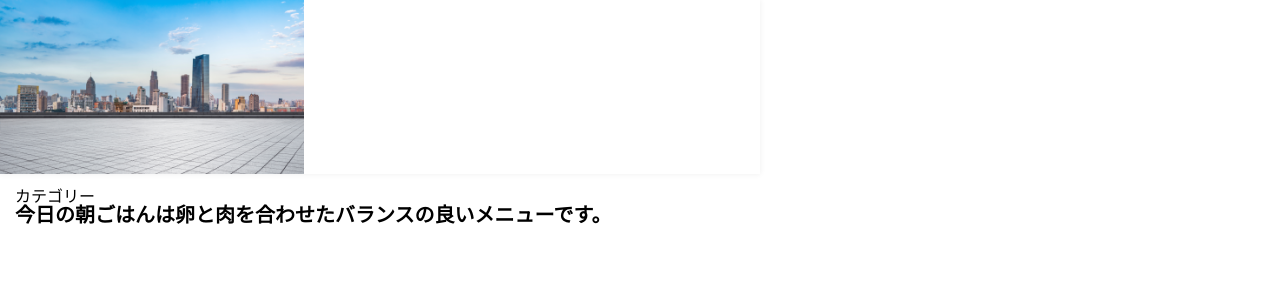
Repository: yosuke257/20231104_watanabe_css
Page: coachtech/html-css/index.html
The author's editor kept a copy of each file at every save. The page is drawn from the files as they stood at one save, then again after the next save.
The browser window is 1280 px wide. The pictures show the whole page.

Above is the page before, as saved 2023-10-22 23:54:22.

### coachtech/html-css/index.html
<!DOCTYPE html>
<html lang="ja">

<head>
    <meta charset="UTF-8">
    <meta name="viewport" content="width=device-width, initial-scale=1.0">
    <title>Document</title>
    <link rel="stylesheet" href="css/style.css" />
    <link rel="stylesheet" href="css/reset.css" />
</head>

<body>
    <div class="card">
        <div class="card__img">
        <img src="img/mv.png" alt="">
        </div>
    </div>

    <div class="card__content">
        <div class="card__content-cat">カテゴリー</div>
        <h2 class="card__content-ttl">
            今日の朝ごはんは卵と肉を合わせたバランスの良いメニューです。
        </h2>
        <div></div>
    </div>
</body>

</html>

### coachtech/html-css/css/style.css
body {
    width: 760px;
    margin: 0px auto;
}

.card {
    box-shadow: 0 0 6px #eeeeee;
    display: flex;
}

.card__img {
    width: 40%;
}

.card__img img {
    width: 100%;
    vertical-align: top;
}

.card__content {
    padding: 15px;
}

.card__content-ttl {
    font-size: 20px;
    font-weight: bold;
    margin-bottom: 25px;
}

.card__content-tag {
    font-size: 14px;
    display: inline-block;
}

.card__content-tag--red {
    color: red;
    margin-left: 40px;
}

### coachtech/html-css/css/reset.css
 /*
html5doctor.com Reset Stylesheet
v1.6.1
Last Updated: 2010-09-17
Author: Richard Clark - http://richclarkdesign.com
Twitter: @rich_clark
*/

 html,
 body,
 div,
 span,
 object,
 iframe,
 h1,
 h2,
 h3,
 h4,
 h5,
 h6,
 p,
 blockquote,
 pre,
 abbr,
 address,
 cite,
 code,
 del,
 dfn,
 em,
 img,
 ins,
 kbd,
 q,
 samp,
 small,
 strong,
 sub,
 sup,
 var,
 b,
 i,
 dl,
 dt,
 dd,
 ol,
 ul,
 li,
 fieldset,
 form,
 label,
 legend,
 table,
 caption,
 tbody,
 tfoot,
 thead,
 tr,
 th,
 td,
 article,
 aside,
 canvas,
 details,
 figcaption,
 figure,
 footer,
 header,
 hgroup,
 menu,
 nav,
 section,
 summary,
 time,
 mark,
 audio,
 video {
     margin: 0;
     padding: 0;
     border: 0;
     outline: 0;
     font-size: 100%;
     vertical-align: baseline;
     background: transparent;
 }

 body {
     line-height: 1;
 }

 article,
 aside,
 details,
 figcaption,
 figure,
 footer,
 header,
 hgroup,
 menu,
 nav,
 section {
     display: block;
 }

 nav ul {
     list-style: none;
 }

 blockquote,
 q {
     quotes: none;
 }

 blockquote:before,
 blockquote:after,
 q:before,
 q:after {
     content: '';
     content: none;
 }

 a {
     margin: 0;
     padding: 0;
     font-size: 100%;
     vertical-align: baseline;
     background: transparent;
 }

 /* change colours to suit your needs */
 ins {
     background-color: #ff9;
     color: #000;
     text-decoration: none;
 }

 /* change colours to suit your needs */
 mark {
     background-color: #ff9;
     color: #000;
     font-style: italic;
     font-weight: bold;
 }

 del {
     text-decoration: line-through;
 }

 abbr[title],
 dfn[title] {
     border-bottom: 1px dotted;
     cursor: help;
 }

 table {
     border-collapse: collapse;
     border-spacing: 0;
 }

 /* change border colour to suit your needs */
 hr {
     display: block;
     height: 1px;
     border: 0;
     border-top: 1px solid #cccccc;
     margin: 1em 0;
     padding: 0;
 }

 input,
 select {
     vertical-align: middle;
 }

After the next save:
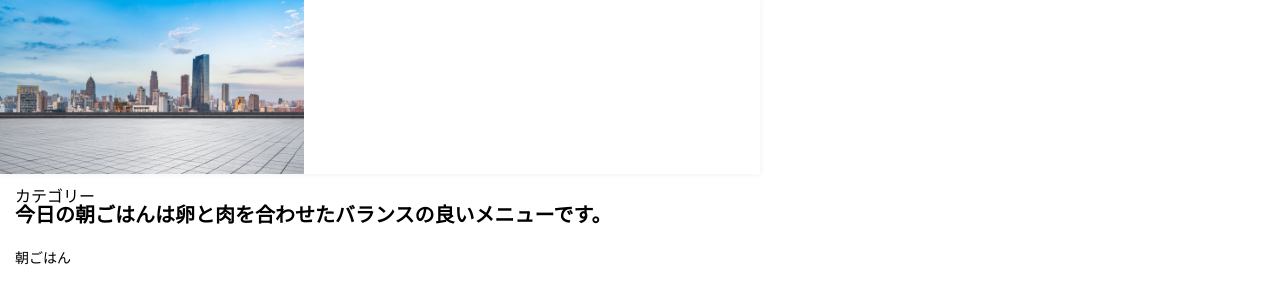
Saved 33 s later.
--- a/coachtech/html-css/index.html
+++ b/coachtech/html-css/index.html
@@ -21,7 +21,9 @@
         <h2 class="card__content-ttl">
             今日の朝ごはんは卵と肉を合わせたバランスの良いメニューです。
         </h2>
-        <div></div>
+        <div class="card__content-tag">
+            朝ごはん
+        </div>
     </div>
 </body>
 

After the save that followed:
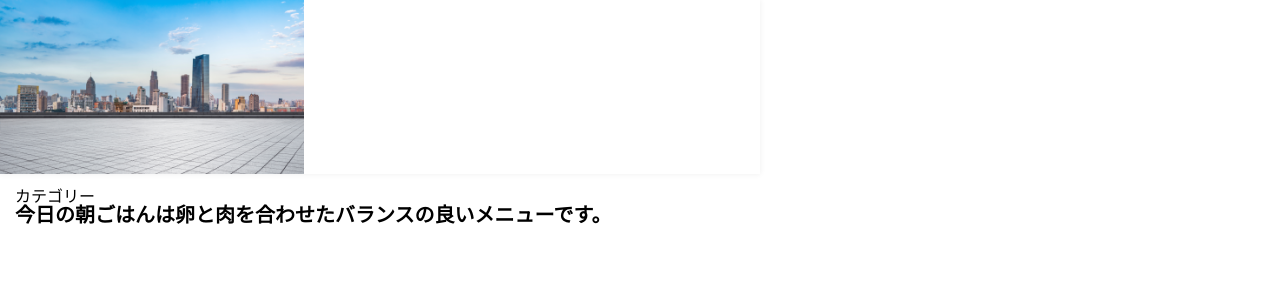
Saved 78 s later.
--- a/coachtech/html-css/index.html
+++ b/coachtech/html-css/index.html
@@ -22,7 +22,7 @@
             今日の朝ごはんは卵と肉を合わせたバランスの良いメニューです。
         </h2>
         <div class="card__content-tag">
-            朝ごはん
+            <div class="card__content-tag-item">
         </div>
     </div>
 </body>
